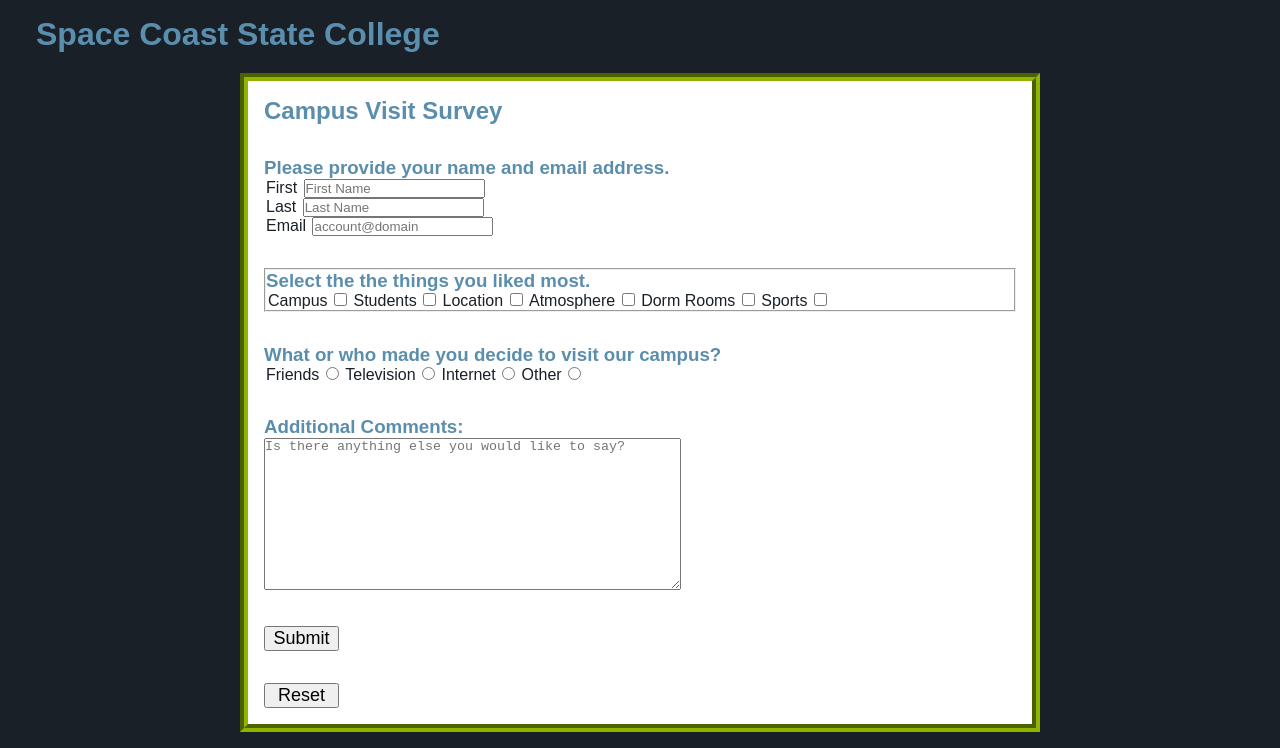
Repository: mlmEFSC21/P2-University-Form
Page: index.html
An editor plug-in stored every save of this project. The page is shown before and after the next save, followed by the edit.
The browser window is 1280 px wide. The pictures show the whole page.
Some web fonts or font styles are not loaded; a fallback is used.

Above is the page before, as saved 2022-01-29 19:52:06.

### index.html
<!DOCTYPE html>
<html lang="en">
    <head>
        <meta charset="UTF-8" />
        <meta http-equiv="X-UA-Compatible" content="IE=edge" />
        <meta name="viewport" content="width=device-width, initial-scale=1.0" />
        <title>University Form</title>
        <link rel="stylesheet" href="uniFormStyles.css" />
    </head>
    <body>
        <header>
            <h1>Space Coast State College</h1>
        </header>
        <main>
          <section class="flex">
            <h2>Campus Visit Survey</h2>
            <article class="info">
              <h3>Please provide your name and email address.</h3>
            <!-- REMEMBER TO CHANGE THIS TO A POST TO DEITEL!!!!!!!!!!-->
            <form action="results.html" method="GET">
                <div>
                    <label for="fname">First</label>
                    <input type="text" id="fname" name="fname" required placeholder="First Name" />
                </div>
                <div>
                    <label for="lname">Last</label>
                    <input type="text" id="lname" name="lname" required placeholder="Last Name" />
                </div>
                <div>
                    <label for="email">Email</label>
                    <input type="email" id="email" name="email" required placeholder="account@domain" />
                </div>
                </article>
                <fieldset class="favFeatures">
                    <h3>Select the the things you liked most.</h3>
                    <label for="campus">Campus</label>
                    <input type="checkbox" id="campus" name="campus" />
                    <label for="students">Students</label>
                    <input type="checkbox" id="students" name="students" />
                    <label for="location">Location</label>
                    <input type="checkbox" id="location" name="location" />
                    <label for="atmosphere">Atmosphere</label>
                    <input type="checkbox" id="atmosphere" name="atmosphere" />
                    <label for="dorms">Dorm Rooms</label>
                    <input type="checkbox" id="dorms" name="dorms" />
                    <label for="sports">Sports</label>
                    <input type="checkbox" id="sports" name="sports" />
                </fieldset>
                <article class="">
                    <h3>What or who made you decide to visit our campus?</h3>
                    <label for="friends">Friends</label>
                    <input type="radio" id="friends" name="referred" required />
                    <label for="television">Television</label>
                    <input type="radio" id="television" name="referred" />
                    <label for="internet">Internet</label>
                    <input type="radio" id="internet" name="referred" />
                    <label for="other">Other</label>
                    <input type="radio" id="other" name="referred" />
                </article>
                <article>
                    <h3>Additional Comments:</h3>
                    <textarea name="comments" placeholder="Is there anything else you would like to say?" rows="10" cols="50"></textarea>
                </article>
                <button type="submit" class="submit">Submit</button>
                <button type="reset" class="reset">Reset</button>
            </form>
            </section>
        </main>
    </body>
</html>

### uniFormStyles.css
@import url("https://fonts.googleapis.com/css2?family=Spectral:wght@400&display=swap");

:root {
    --clr-prime: #003c5e;
    --clr-second: #1a2028;
    --clr-accent: #8fb500;
    --clr-font-prime: #5b8ead;
    --clr-font-second: black;
}

*,
*::before,
*::after {
    margin: 0;
    padding: 0;
    box-sizing: border-box;
}
body {
    margin: 0 1.25em;
    padding: 1em;
    background-color: var(--clr-second);
    font-family: "Spectral", sans-serif;
    color: var(--clr-font-prime);
}
header {
    color: var(--clr-font-prime);
    margin-bottom: 1.25em;
}
.flex {
    display: flex;
    flex-direction: column;
    max-width: 800px;
    border: 8px groove var(--clr-accent);
    background-color: white;
    gap: 2rem;
    margin: auto;
    padding: 1rem;
}
input {
    accent-color: var(--clr-accent);
}
label {
    color: var(--clr-second);
    padding: 2px;
}
button {
    width: 75px;
    font-size: large;
    cursor: pointer;
}

After the next save:
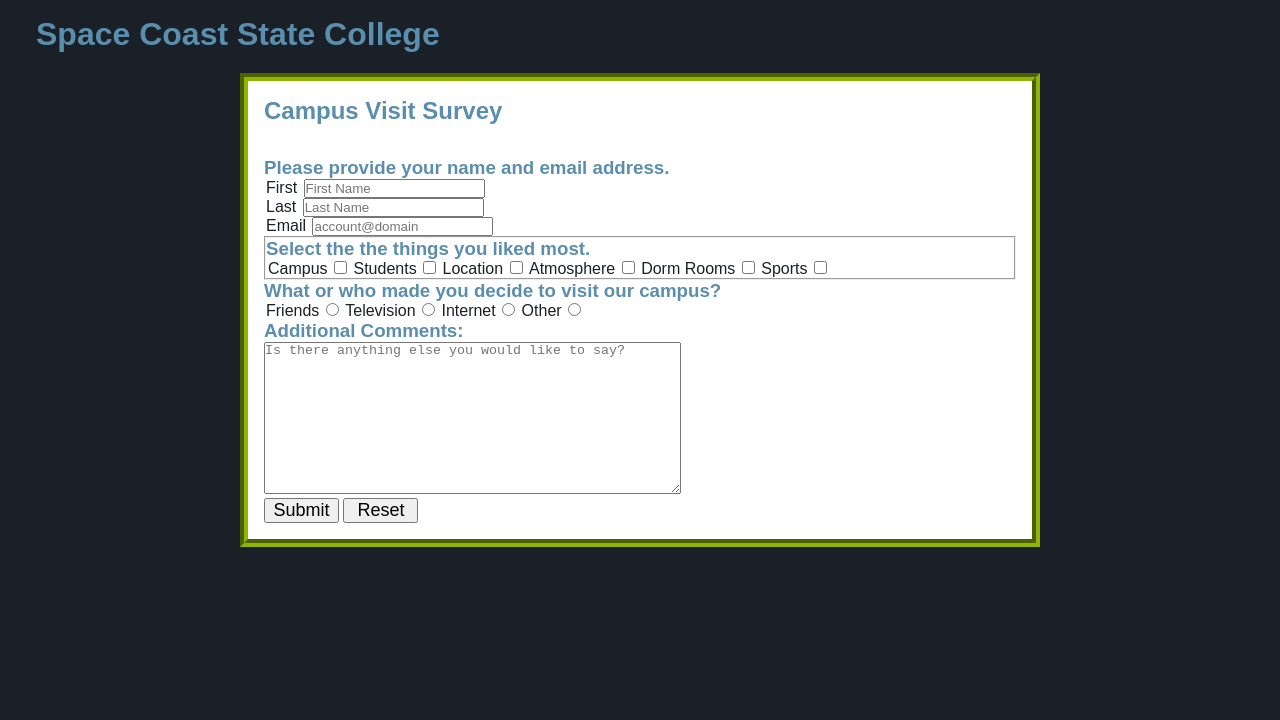
Saved 38 s later.
--- a/index.html
+++ b/index.html
@@ -12,58 +12,93 @@
             <h1>Space Coast State College</h1>
         </header>
         <main>
-          <section class="flex">
-            <h2>Campus Visit Survey</h2>
-            <article class="info">
-              <h3>Please provide your name and email address.</h3>
-            <!-- REMEMBER TO CHANGE THIS TO A POST TO DEITEL!!!!!!!!!!-->
-            <form action="results.html" method="GET">
-                <div>
-                    <label for="fname">First</label>
-                    <input type="text" id="fname" name="fname" required placeholder="First Name" />
-                </div>
-                <div>
-                    <label for="lname">Last</label>
-                    <input type="text" id="lname" name="lname" required placeholder="Last Name" />
-                </div>
-                <div>
-                    <label for="email">Email</label>
-                    <input type="email" id="email" name="email" required placeholder="account@domain" />
-                </div>
-                </article>
-                <fieldset class="favFeatures">
-                    <h3>Select the the things you liked most.</h3>
-                    <label for="campus">Campus</label>
-                    <input type="checkbox" id="campus" name="campus" />
-                    <label for="students">Students</label>
-                    <input type="checkbox" id="students" name="students" />
-                    <label for="location">Location</label>
-                    <input type="checkbox" id="location" name="location" />
-                    <label for="atmosphere">Atmosphere</label>
-                    <input type="checkbox" id="atmosphere" name="atmosphere" />
-                    <label for="dorms">Dorm Rooms</label>
-                    <input type="checkbox" id="dorms" name="dorms" />
-                    <label for="sports">Sports</label>
-                    <input type="checkbox" id="sports" name="sports" />
-                </fieldset>
-                <article class="">
-                    <h3>What or who made you decide to visit our campus?</h3>
-                    <label for="friends">Friends</label>
-                    <input type="radio" id="friends" name="referred" required />
-                    <label for="television">Television</label>
-                    <input type="radio" id="television" name="referred" />
-                    <label for="internet">Internet</label>
-                    <input type="radio" id="internet" name="referred" />
-                    <label for="other">Other</label>
-                    <input type="radio" id="other" name="referred" />
-                </article>
-                <article>
-                    <h3>Additional Comments:</h3>
-                    <textarea name="comments" placeholder="Is there anything else you would like to say?" rows="10" cols="50"></textarea>
-                </article>
-                <button type="submit" class="submit">Submit</button>
-                <button type="reset" class="reset">Reset</button>
-            </form>
+            <section class="flex">
+                <h2>Campus Visit Survey</h2>
+
+                <!-- REMEMBER TO CHANGE THIS TO A POST TO DEITEL!!!!!!!!!!-->
+                <form action="results.html" method="GET">
+                    <article class="info">
+                        <h3>Please provide your name and email address.</h3>
+                        <div>
+                            <label for="fname">First</label>
+                            <input
+                                type="text"
+                                id="fname"
+                                name="fname"
+                                required
+                                placeholder="First Name"
+                            />
+                        </div>
+                        <div>
+                            <label for="lname">Last</label>
+                            <input
+                                type="text"
+                                id="lname"
+                                name="lname"
+                                required
+                                placeholder="Last Name"
+                            />
+                        </div>
+                        <div>
+                            <label for="email">Email</label>
+                            <input
+                                type="email"
+                                id="email"
+                                name="email"
+                                required
+                                placeholder="account@domain"
+                            />
+                        </div>
+                    </article>
+                    <fieldset class="favFeatures">
+                        <h3>Select the the things you liked most.</h3>
+                        <label for="campus">Campus</label>
+                        <input type="checkbox" id="campus" name="campus" />
+                        <label for="students">Students</label>
+                        <input type="checkbox" id="students" name="students" />
+                        <label for="location">Location</label>
+                        <input type="checkbox" id="location" name="location" />
+                        <label for="atmosphere">Atmosphere</label>
+                        <input
+                            type="checkbox"
+                            id="atmosphere"
+                            name="atmosphere"
+                        />
+                        <label for="dorms">Dorm Rooms</label>
+                        <input type="checkbox" id="dorms" name="dorms" />
+                        <label for="sports">Sports</label>
+                        <input type="checkbox" id="sports" name="sports" />
+                    </fieldset>
+                    <article class="">
+                        <h3>
+                            What or who made you decide to visit our campus?
+                        </h3>
+                        <label for="friends">Friends</label>
+                        <input
+                            type="radio"
+                            id="friends"
+                            name="referred"
+                            required
+                        />
+                        <label for="television">Television</label>
+                        <input type="radio" id="television" name="referred" />
+                        <label for="internet">Internet</label>
+                        <input type="radio" id="internet" name="referred" />
+                        <label for="other">Other</label>
+                        <input type="radio" id="other" name="referred" />
+                    </article>
+                    <article>
+                        <h3>Additional Comments:</h3>
+                        <textarea
+                            name="comments"
+                            placeholder="Is there anything else you would like to say?"
+                            rows="10"
+                            cols="50"
+                        ></textarea>
+                    </article>
+                    <button type="submit" class="submit">Submit</button>
+                    <button type="reset" class="reset">Reset</button>
+                </form>
             </section>
         </main>
     </body>
